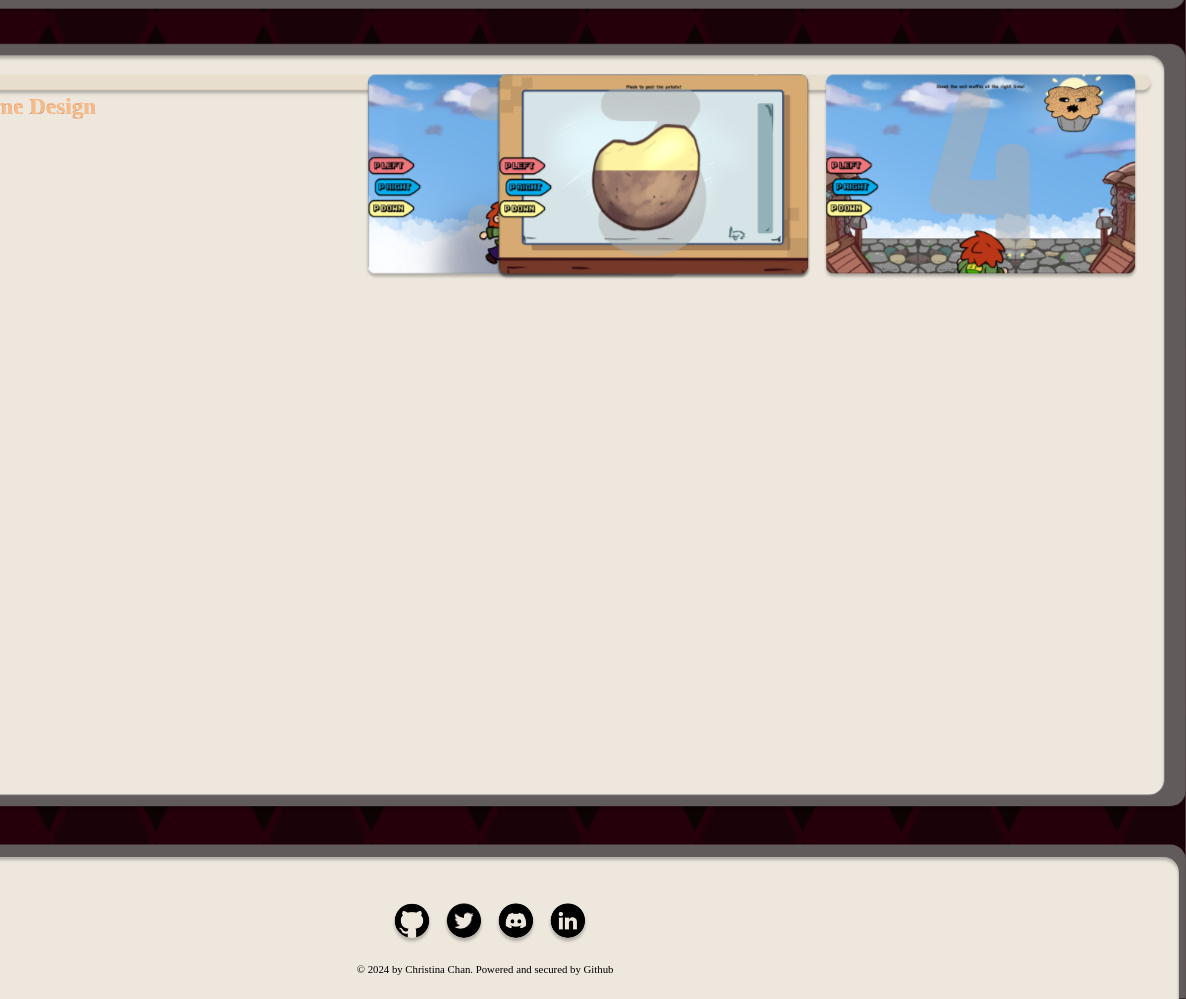
Repository: EMP-ChristinaC/Portfolio
Page: projects/potato-shuffle/potato.html
An editor plug-in stored every save of this project. The page is shown before and after a run of saves, followed by the edit.
The browser window is 1280 px wide. The page is 1540 px wide, so the pictures cover 1540 px, including what lies to the right of the window. The pictures show the part of the page from y = 2640 to 3938 px (the page is 3938 px tall), at 77% of full size.
Some web fonts or font styles are not loaded; a fallback is used.

Above is the page before, as saved 2024-12-09 14:08:30.

### projects/potato-shuffle/potato.html
<!DOCTYPE html>
<html lang="en">

<head>
    <meta charset="UTF-8">
    <meta name="viewport" content="width=device-width, initial-scale=1.0">
    <title>CC- Project Potato Shuffle</title>
    <!--- ////////////////// OUTSIDE STYLES //////////////////-->


    <!--- ///////////////// GOOGLE FONTS  ////////////////////-->
    <link rel="preconnect" href="https://fonts.googleapis.com">
    <link rel="preconnect" href="https://fonts.gstatic.com" crossorigin>
    <link
        href="https://fonts.googleapis.com/css2?family=Overlock:ital,wght@0,400;0,700;0,900;1,400;1,700;1,900&family=Vast+Shadow&display=swap"
        rel="stylesheet">

    <!--- /////////////// MY STYLES ////////////////-->

    <link rel="stylesheet" href="potato.css">
    <link rel="stylesheet" href="../../nav.css">
    <link rel="stylesheet" href="media-style-phone-potato.css">
    <link rel="stylesheet" href="../../media-style-two.css">
    <link rel="stylesheet" href="media-style-mac-potato.css">

    <!--- //////////////// FAVICON LINKS ///////////////////-->
    <link rel="shortcut icon" href="../../image/logo.png" type="image/x-icon">
    <link rel="icon" href="../../image/logo.png" type="image/x-icon">

</head>

<body class="home-potato">

    <!--- /////////////////////// NAVIGATION /////////////////////-->
    <header class="navigation">
        <img class="nav-background" src="../../image/nav-background.png"
            alt="A decor for the nav, it holds a logo with diamond patterns in the background.">


        <a href="../../index.html " class="nav-home">Stage</a>
        <a href="../../about-page/about.html" class="nav-about">Director</a>
        <a href="../../contact-page/contact.html" class="nav-contact">Contact</a>
        <a href="../../main-project-page/projects.html" class="nav-projects current">Projects</a>
    </header>


    <!--- /////////////////////// ARROW BUTTON /////////////////////-->
    <a href="../../projects/sniffle/sniffle.html"><img src="../../image/left-arrow.png" class="side-button-left" alt="A."></a>


    <a href="../../projects/smash-n-dash/smash.html"><img src="../../image/right-arrow.png" class="side-button-right" alt="A."></a>



    <!--- /////////////////////// BOX OUTLINE ///////////////////////-->
    <div class="box-outline-outside-potato-overview">
        <div class="box-outline-inside-potato-overview"></div>

        <!-- <div class="dia-left-potato">
            <img src="../../image/Dia-bottom-left.png"
                alt="A diamond pattern decor that is placed onto the bottom left of the box outline">
        </div>

        <div class="dia-right-potato">
            <img src="../../image/Dia-top-right.png"
                alt="A diamond pattern decor that is placed onto the bottom left of the box outline">
        </div> -->


    <div class="box-outline-paragraph-potato">
        <div class="details-potato">
            <h2>About:</h2>
            <p>
                A digital coding game inspired by Hot Potato and WarioWare. It takes elements from both games and with
                the help of Makey-Makey, it creates a fun interactive game.
                <!-- <br><br>
                Here are some images of the game. -->
            </p>
        </div>
    </div>


    <div class="box-outline-type-potato">
        <div class="type-potato">
            <p> Project Type:
                <br>
                Interactive Game
                <br><br>
                Date:
                <br>
                December 2023
                <br><br>
                Link:
                <br>
                <a href="https://emp-christinac.github.io/Potato-Shuffle/index.html">Github</a>
                <br><br>
                Role:
                <br>
                Lead Coder
            </p>
        </div>

<!-- <div class="type-two">
    <p>
        Link:
        <br>
        <a href="https://emp-christinac.github.io/Potato-Shuffle/index.html">Github</a>
        <br><br>
        Role:
        <br>
        Lead Coder
    </p>
</div> -->


        <!-- <div class="type-potato-phone">
            <p> Project Type:
                <br>
                Digital Game
                <br><br>
                Date:
                <br>
                December 2023
            </p>
        </div> -->

        <!-- <div class="type-potato-phone-two">
            <p>
                Link:
                <br>
                <a href="https://empxnifl.github.io/Potato-Shuffle/index.html">Github</a>
                <br><br>
                Role:
                <br>
                Lead Coder
            </p>
        </div> -->
    </div>

    <div class="box-outline-credit">
        <div class="credit">
            <p>Credit to:
                <br>
                Roman Lopez [Lead Designer]
                <br>
                Dominic Perron [Lead Interaction]
            </p>
        </div>

        <div class="mc-overview">
            <img src="../../image/Main-Screen.png" alt="A overview of the project Potato Shuffle.">
        </div>

    </div>




    <div class="box-outline-heading-potato">
        <div class="potato-title">
            <h1>Potato Shuffle</h1>
        </div>
    </div>
</div>
    <!--- ////////////////////////-->
    <div class="box-outline-outside-potato-play">
        <div class="box-outline-inside-potato-play"></div>

        <div>
            <div class="play">
                <p>
                </p>
            </div>

    </div>


    <!--- ////////////////////////-->

    <div class="box-outline-outside-potato-progress">
        <div class="box-outline-inside-potato-progress"></div>

        <!-- <div class="dia-left-two-potato">
            <img src="../../image/Dia-bottom-left.png"
                alt="A diamond pattern decor that is placed onto the bottom left of the box outline">
        </div>

        <div class="dia-right-two-potato">
            <img src="../../image/Dia-top-right.png"
                alt="A diamond pattern decor that is placed onto the bottom left of the box outline">
        </div> -->

        <div class="box-outline-heading-two-potato">
            <div class="heading-two">
                <h1>Menu Design</h1>
            </div>
        </div>
        <div class="box-outline-heading-three-potato">
            <div class="heading-three">
                <h1>Sprites</h1>
            </div>
        </div>

        <div class="potato-menu-one">
            <img src="../../image/Home.png" alt="The home screen of the project.">
        </div>


        <div class="potato-menu-two">
            <img src="../../image/Victory.png" alt="The victory screen of the project.">
        </div>

        <!--- ////////////////////////-->

        <div class="potato-sprites">
            <img src="../../image/potato_sway.gif" alt="A potato gif that shows the potato swaying left and right.">
        </div>


        <div class="potato-sprites-two">
            <img src="../../image/Fail.gif" alt="A explosion gif that says boom.">
        </div>

        <div class="potato-sprites-three">
            <img src="../../image/potato_flip.gif" alt="A potato gif that shows the potato fliping.">
        </div>



    </div>


    <!--- ////////////////////////-->

    <div class="box-outline-outside-potato">
        <div class="box-outline-inside-potato"></div>
        <!-- <div class="dia-left-three-potato">
            <img src="../../image/Dia-bottom-left.png"
                alt="A diamond pattern decor that is placed onto the bottom left of the box outline">
        </div>

        <div class="dia-right-three-potato">
            <img src="../../image/Dia-top-right.png"
                alt="A diamond pattern decor that is placed onto the bottom left of the box outline">
        </div> -->


        <div class="box-outline-heading-four-potato">
            <div class="heading-four-potato">
                <h1>Mini-Game Design</h1>
            </div>

            <div class="potato-event-one">
                <img src="../../image/Event-1.png" alt="One of five mini-game from the project. It shows a character running.">
            </div>

            <div class="potato-event-two">
                <img src="../../image/Event-2.png"
                    alt="One of five mini-game from the project. It shows a character shooting at a muffen.">
            </div>


            <div class="potato-event-three">
                <img src="../../image/Event-3.png"
                    alt="One of five mini-game from the project. It shows a potato dropping into a basket.">
            </div>

            <div class="potato-event-four">
                <img src="../../image/Event-4.png"
                    alt="One of five mini-game from the project. It shows a character digging up a potato.">
            </div>


            <div class="potato-event-five">
                <img src="../../image/Event-5.png" alt="One of five mini-game from the project. It shows a potato being peeled.">
            </div>

        </div>

    </div>

    <!--- ////////////////////////-->

    <div class="box-outline-outside-foot">
        <div class="box-outline-inside-foot"></div>

            <footer class="section">
                <p>© 2024 by Christina Chan. Powered and secured by Github</p>

                <div>
                    <a class="github" href="https://github.com/EMP-ChristinaC"> <img src="../../image/Github-icon.png"
                            alt="Github icon image."></a>

                    <a class="twitter" href="https://x.com/EMP_Nifl"> <img src="../../image/Twitter-Icon.png"
                            alt="Twitter icon image."></a>

                    <a class="discord" href="https://discordapp.com/users/456539039286165514"> <img src="../../image/discord-icon.webp"
                            alt="Discord icon image."></a>

                    <a class="linkedin" href="https://www.linkedin.com/in/christina-chan-290a29323/"> <img src="../../image/Linkedin-icon.webp"
                            alt="Linkedin icon image."></a>
                </div>

            </footer>
    </div>
    <!--- /////////////////////// DECOR  ///////////////////////-->


    <!-- <div class="left-curtain">
        <img src="../../image/curtains-left.png" alt="A curtain decor that is placed on the left side of the website.">
    </div>

    <div class="right-curtain">
        <img src="../../image/curtain-right.png" alt="A curtain decor that is placed on the right side of the website.">
    </div> -->

    <!--- /////////////////////// TEXT ///////////////////////-->


    <!--- /////////////////////// IMAGES ///////////////////////-->


    <!--- ////////////////////////-->




    <!--- ////////////////////////-->



</body>

</html>

### projects/potato-shuffle/potato.css

/*///////////////////////////////// Box Outline ////////////////////////////*/
.box-outline-outside-potato-overview,
.box-outline-outside-potato-progress,
.box-outline-outside-potato-play {
    width: 1800px;
    height: 804px;
    background: rgba(98, 91, 92);
    box-shadow: 0px 4px 4px rgba(0, 0, 0, 0.25);
    border-radius: 20px;
}

.box-outline-outside-potato-overview {
    position: absolute;
    top: 50%;
    left: 50%;
    transform: translate(-50%, -27%);
}

.box-outline-outside-potato-play {
    position: absolute;
    top: 50%;
    left: 50%;
    transform: translate(-50%, 79%);
}

.box-outline-outside-potato-progress {
    position: absolute;
    top: 50%;
    left: 50%;
    transform: translate(-50%, 56%);
}

/*//////////////////////////////////*/


.box-outline-outside-potato {
    width: 1800px;
    height: 990px;
    background: rgba(98, 91, 92);
    box-shadow: 0px 4px 4px rgba(0, 0, 0, 0.25);
    border-radius: 20px;
}

.box-outline-outside-potato {
    position: absolute;
    top: 50%;
    left: 50%;
    transform: translate(-50%, 1300px);
}



/*//////////////////////////////////////////////////////////////////////////////*/

.box-outline-inside-potato-overview,
.box-outline-inside-potato-progress,
.box-outline-inside-potato-play {
    width: 1745px;
    height: 780px;
    background: #EDE7DD;
    box-shadow: 0px 4px 4px rgba(0, 0, 0, 0.25) inset;
    border-radius: 20px;
}

.box-outline-inside-potato-play {
    position: absolute;
    top: 1.5%;
    left: 1.5%;
}

.box-outline-inside-potato-overview {
    position: absolute;
    top: 1.5%;
    left: 1.5%;
    /* transform: translate(-50%, -26.3%); */
}


.box-outline-inside-potato-progress {
    position: absolute;
    top: 1.5%;
    left: 1.5%;
    /* transform: translate(-50%, 84%); */
}


.box-outline-inside-potato {
    width: 1745px;
    height: 960px;
    background: #EDE7DD;
    box-shadow: 0px 4px 4px rgba(0, 0, 0, 0.25) inset;
    border-radius: 20px;
}

.box-outline-inside-potato {
    position: absolute;
    top: 1.5%;
    left: 1.5%;
    /* transform: translate(-50%, 1506px); */
}



/*///////////////////////////HEADING BOX////////////////////////////*/



.box-outline-heading-potato {
    width: 1700px;
    height: 20px;
    background: #E7DECD;
    box-shadow: 0px 4px 4px rgba(0, 0, 0, 0.25);
    border-radius: 20px;
    z-index: 1;
}

.box-outline-heading-potato {
    position: absolute;
    top: 28%;
    left: 50%;
    transform: translate(-50%, -920%);
}



.box-outline-heading-two-potato,
.box-outline-heading-three-potato,
.box-outline-heading-four-potato {
    width: 1700px;
    height: 20px;
    background: #E7DECD;
    box-shadow: 0px 4px 4px rgba(0, 0, 0, 0.25);
    border-radius: 20px;
    z-index: 1;
    position: absolute;

}

.box-outline-heading-two-potato {
    /* transform: translate(-50%, 1270%); */
    top: 4%;
    left: 3%;
}

.box-outline-heading-three-potato {
    /* transform: translate(-50%, 1900%); */
    top: 52%;
    left: 3%;
}

.box-outline-heading-four-potato {
    /* transform: translate(-50%, 2800%); */
    top: 4%;
    left: 3%;
}

.box-outline-heading-five-potato {
    /* transform: translate(-50%, 3450%); */
    top: 4%;
    left: 3%;
}

/*/////////////////////////////////////*/

.box-outline-paragraph-potato,
.box-outline-type-potato,
.box-outline-credit {
    /* background: #E7DECD;
    box-shadow: 0px 4px 4px rgba(0, 0, 0, 0.25);
    border-radius: 20px; */
    position: absolute;
    top: 50%;
    left: 30%;
}


.box-outline-paragraph-potato {
    width: 375px;
    height: 330px;
    transform: translate(-116%, -10%);
    z-index: 1;
}


.box-outline-type-potato {
    width: 375px;
    height: 200px;
    transform: translate(-116%, 90%);
    z-index: 1;
}

.box-outline-credit {
    width: 375px;
    height: 60px;
    transform: translate(-30%, 350%);
    z-index: 1;
}



/*/////////////////////////////////////*/

.box-outline-outside-foot {
    width: 100%;
    height: 200px;
    background: rgba(98, 91, 92);
    box-shadow: 0px 4px 4px rgba(0, 0, 0, 0.25);
    border-radius: 20px 20px 0 0;
    position: absolute;
    top: 50%;
    left: 50%;
    transform: translate(-50%, 1170%);
}

/*/////////////////////////////////////*/

.box-outline-inside-foot {
    width: 99%;
    height: 185px;
    position: absolute;
    background: #EDE7DD;
    box-shadow: 0px 4px 4px rgba(0, 0, 0, 0.25) inset;
    border-radius: 20px 20px 0 0;
    position: absolute;
    /* transform: translate(-50%, 1359%); */
    top: 8%;
    left: 0.5%;
}



/*///////////////////////////////// Decor ////////////////////////////*/

.dia-left-potato img {
    position: absolute;
    top: 27%;
    left: 50%;
    transform: translate(-384%, 205%);
}

.dia-right-potato img {
    position: absolute;
    top: 27%;
    right: 50%;
    transform: translate(385%, -107%);
}

/*//////////////////////////////////////////////////////////////////////*/

.dia-left-two-potato img {
    position: absolute;
    top: -80%;
    left: 50%;
    transform: translate(-384%, 656%);
}

.dia-right-two-potato img {
    position: absolute;
    top: -80%;
    right: 50%;
    transform: translate(385%, 344%);
}

/*/////////////////////////////////////*/

.dia-left-three-potato img {
    position: absolute;
    top: -186%;
    left: 50%;
    transform: translate(-384%, 1378%);
}

.dia-right-three-potato img {
    position: absolute;
    top: -186%;
    right: 50%;
    transform: translate(385%, 972%);
}

/*/////////////////////////////////////*/

.left-curtain {
    position: fixed;
    top: 0%;
    left: 11%;
    transform: translate(-100%);
}

.right-curtain {
    position: fixed;
    top: 0%;
    right: 11%;
    transform: translate(100%);
}

/*///////////////////////////////// Heading Text ////////////////////////////*/

.potato-title {
    width: 827px;
    text-align: center;
    color: #FABA84;
    font-size: 25px;
    font-family: Vast Shadow;
    font-weight: 400;
    -webkit-text-stroke: 0.1px #4C0B13;
    z-index: 1;
}

.potato-title {
    position: absolute;
    top: -20%;
    left: -9%;
    /* transform: translate(-50%, -320%); */
}


.heading-two,
.heading-three,
.heading-four-potato {
    width: 827px;
    text-align: center;
    color: #FABA84;
    font-family: Vast Shadow;
    font-weight: 400;
    -webkit-text-stroke: 0.1px #4C0B13;
    z-index: 1;
    position: absolute;
    top: 20%;
    left: -15%;
    font-size: 15px;
}

.heading-three {
    left: -18%;
}

.heading-four-potato {
    left: -12%;
}

/*///////////////////////////////// Paragraph Text ////////////////////////////*/

.details-potato p,
.details-potato h2,
.type-potato p,
.type-two p,
.credit p {
    color: #1E1E1E;
    font-family: Overlock;
    font-weight: 900;

}
.details-potato h2 {
    width: 600px;
    font-size: 35px;
    line-height: 32px;
    letter-spacing: 2px;
    position: absolute;
    top: -70%;
    left: 5%;
    z-index: 1;
}

.details-potato p {
    width: 600px;
    font-size: 25px;
    line-height: 32px;
    letter-spacing: 2px;
    position: absolute;
    top: -55%;
    left: 5%;
    z-index: 1;
    /* transform: translate(-90%, -28%); */

}

.type-potato p {
    width: 440px;
    font-size: 25px;
    line-height: 28px;
    letter-spacing: 2px;
    position: absolute;
    top: -100%;
    left: 5%;
    /* transform: translate(-95%, 105%); */
    z-index: 1;

}

.type-two p {
    width: 440px;
    font-size: 25px;
    line-height: 28px;
    letter-spacing: 2px;
    position: absolute;
    top: 0%;
    left: 64%;
    /* transform: translate(-42%, 420%); */
    z-index: 1;
}

.credit p {
    width: 440px;
    font-size: 25px;
    line-height: 32px;
    letter-spacing: 2px;
    position: absolute;
    top: -385%;
    left: 5%;
    /* transform: translate(-42%, 420%); */
    z-index: 1;
}





/*/////////////////////////////////////*/

footer.section {
    text-align: center;
    color: black;
    font-size: 14px;
    font-family: Overlock;
    font-weight: 400;

    width: 500px;
    position: absolute;
    top: 50%;
    left: 50%;
    transform: translate(-53%, 80%);

}

footer.section p {
    width: 100%;
    height: 100%;
    transform: translate(1%, 35%);
}


/*///////////////////////////////// Images ////////////////////////////*/


.mc-overview {
    width: 775px;
    height: 675px;
    position: absolute;
    top: -750%;
    left: 155%;
    overflow: hidden;
    box-shadow: 0px 4px 4px rgba(0, 0, 0, 0.25);
    border-radius: 30px;
    transform: translate(-8%, -11%);
    }



.mc-overview img {
    width: 100%;
    height: 105%;
    object-fit: cover;
    transform: translate(-0%, 0%);

    transition: all 0.3s ease-in-out;
}


.potato {
    width: 258px;
    height: 547px;
    box-shadow: 0px 4px 4px rgba(0, 0, 0, 0.25);
    border-radius: 20px;
    background-position: center;

    position: absolute;
    top: 50%;
    left: 50%;
    transform: translate(70%, 302%);
}

.potato-projects {
    width: 258px;
    height: 547px;
    box-shadow: 0px 4px 4px rgba(0, 0, 0, 0.25);
    border-radius: 20px;
    background-position: center;

    position: absolute;
    top: 50%;
    left: 50%;
    transform: translate(70%, -5%);
}

.potato-menu-one img {
    width: 470px;
    height: 320px;
    position: absolute;
    top: 10%;
    left: 70%;
    /* transform: translate(-110%, 310%); */
}

.potato-menu-two img {
    width: 470px;
    height: 320px;
    position: absolute;
    top: 10%;
    left: 42%;
    /* transform: translate(10%, 310%); */
}


.potato-sprites img {
    width: 350px;
    height: 350px;
    position: absolute;
    top: 55%;
    left: 77%;
    /* transform: translate(-150%, 370%); */
}

.potato-sprites-two img {
    width: 350px;
    height: 350px;
    position: absolute;
    top: 55%;
    left: 40%;
    /* transform: translate(-50%, 370%); */
}

.potato-sprites-three img {
    width: 350px;
    height: 350px;
    position: absolute;
    top: 55%;
    left: 60%;
    /* transform: translate(50%, 370%); */
}

.potato-event-one img {
    width: 409px;
    height: 266px;
    position: absolute;
    top: 0%;
    left: 40%;
    /* transform: translate(-105%, 610%); */
}

.potato-event-two img {
    width: 409px;
    height: 266px;
    position: absolute;
    top: 0%;
    left: 75%;
    /* transform: translate(4%, 610%); */
}

.potato-event-three img {
    width: 409px;
    height: 266px;
    position: absolute;
    top: 0%;
    left: 50%;
    /* transform: translate(-105%, 715%); */
}

.potato-event-four img {
    width: 409px;
    height: 266px;
    position: absolute;
    top: 0%;
    left: 50%;
    /* transform: translate(4%, 715%); */
}

.potato-event-five img {
    width: 409px;
    height: 266px;
    position: absolute;
    top: 0%;
    left: 50%;
    /* transform: translate(-105%, 820%); */
}

/*/////////////////////////////////////*/
.github {
    width: 45px;
    height: 45px;
    position: absolute;
    top: 50%;
    left: 50%;
    overflow: hidden;
    box-shadow: 0px 4px 4px rgba(0, 0, 0, 0.25);
    border-radius: 30px;
    transform: translate(-250%, -180%);
}

.github img {
    width: 100%;
    height: 100%;
    object-fit: cover;
    transition: all 0.3s ease-in-out;
    transform: translate(0%, 0%);
}

.twitter {
    width: 45px;
    height: 45px;
    position: absolute;
    top: 50%;
    left: 50%;
    overflow: hidden;
    box-shadow: 0px 4px 4px rgba(0, 0, 0, 0.25);
    border-radius: 30px;
    transform: translate(-100%, -180%);
}

.twitter img {
    width: 100%;
    height: 100%;
    object-fit: cover;
    transition: all 0.3s ease-in-out;
    transform: translate(-0%, -0%);
}


.discord {
    width: 45px;
    height: 45px;
    position: absolute;
    top: 50%;
    left: 50%;
    overflow: hidden;
    box-shadow: 0px 4px 4px rgba(0, 0, 0, 0.25);
    border-radius: 30px;
    transform: translate(50%, -180%);
}

.discord img {
    width: 100%;
    height: 100%;
    object-fit: cover;
    transition: all 0.3s ease-in-out;
    transform: translate(-0%, -0%);
}


.linkedin {
    width: 45px;
    height: 45px;
    position: absolute;
    top: 50%;
    left: 50%;
    overflow: hidden;
    box-shadow: 0px 4px 4px rgba(0, 0, 0, 0.25);
    border-radius: 30px;
    transform: translate(200%, -180%);
}

.linkedin img {
    width: 100%;
    height: 100%;
    object-fit: cover;
    transition: all 0.3s ease-in-out;
    transform: translate(-0%, -0%);
}

Loaded but not shown: projects/potato-shuffle/media-style-phone-potato.css (424 lines, source omitted); nav.css (208 lines, source omitted); projects/potato-shuffle/media-style-mac-potato.css (93 lines, source omitted); media-style-two.css (11 lines, source omitted)

After the next 4 saves:
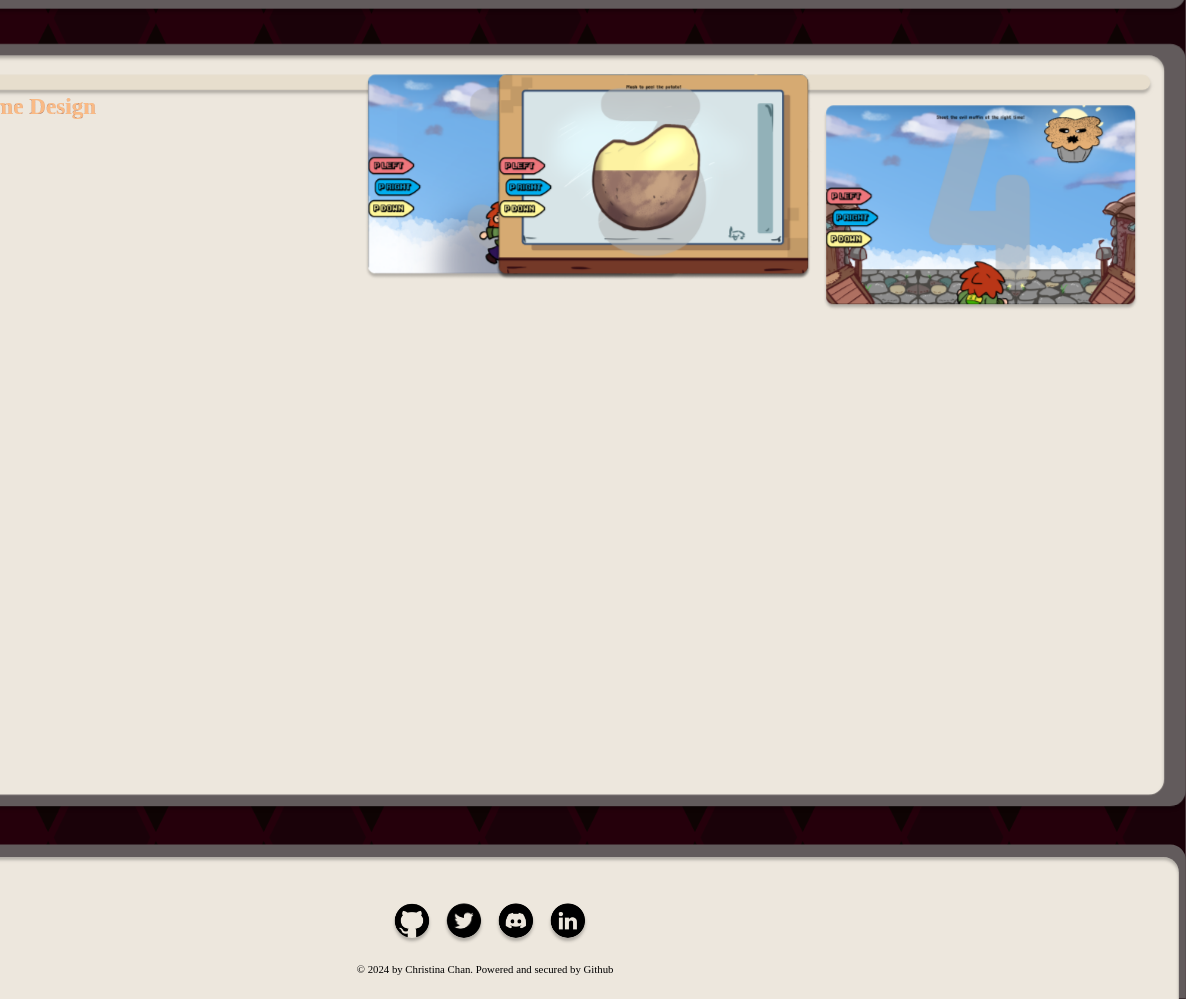
The 4 saves are shown as one change because they came seconds apart.
The last was saved 10 s later.
--- a/projects/potato-shuffle/potato.css
+++ b/projects/potato-shuffle/potato.css
@@ -552,7 +552,7 @@ footer.section p {
     width: 409px;
     height: 266px;
     position: absolute;
-    top: 0%;
+    top: 200%;
     left: 75%;
     /* transform: translate(4%, 610%); */
 }
